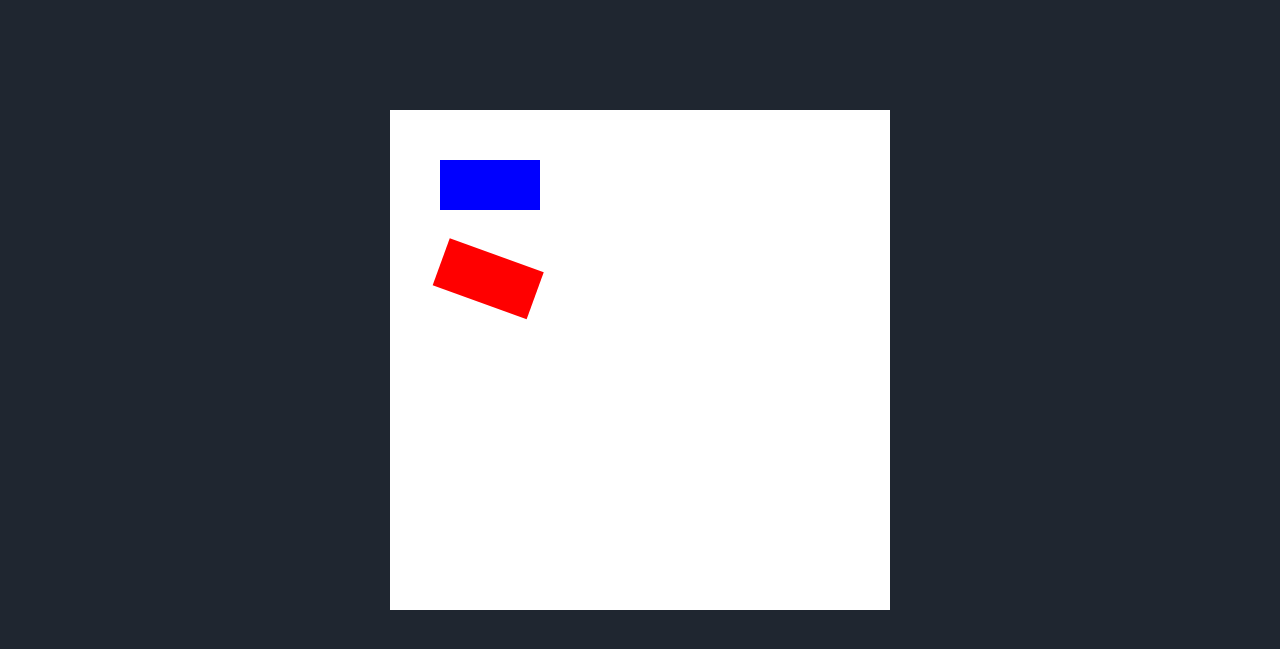
Repository: thecodeholic/cst-javascript-course
Page: /
An editor plug-in stored every save of this project. The page is shown before and after the next save, followed by the edit.
The browser window is 1280 px wide. The pictures show the whole page.
The project was rebuilt for these pictures with package versions that can differ from the ones it lists, and the page was loaded fresh each time.

Above is the page before, as saved 2020-11-25 10:37:53.

### index.html
<!doctype html>
<html lang="en">
  <head>
    <!-- Required meta tags -->
    <meta charset="utf-8">
    <meta name="viewport" content="width=device-width, initial-scale=1, shrink-to-fit=no">

    <!-- Bootstrap CSS -->
    <link rel="stylesheet" href="https://stackpath.bootstrapcdn.com/bootstrap/4.5.2/css/bootstrap.min.css" integrity="sha384-JcKb8q3iqJ61gNV9KGb8thSsNjpSL0n8PARn9HuZOnIxN0hoP+VmmDGMN5t9UJ0Z" crossorigin="anonymous">

    <title>Javascript Course</title>

    <link rel="stylesheet" href="app.css">
  </head>
  <body>
    <canvas id="myCanvas" width="500" height="500">Your browser does not support canvas</canvas>
    <script src="app.js"></script>
    <!-- <script src="homework.js"></script> -->
  </body>
</html>

### app.css
* {
    box-sizing: border-box;
}
html {
    height: 100%;
}

body {
    background-color: rgb(31, 38, 48);
    display: flex;
    align-items: center;
    justify-content: center;
    height: 100%;;
}

canvas {
    background-color: #FFF;

}

### app.js
// What is canvas?
// https://developer.mozilla.org/en-US/docs/Web/API/Canvas_API/Tutorial
// https://www.w3schools.com/html/html5_canvas.asp
// https://www.w3schools.com/graphics/canvas_intro.asp
// https://www.w3schools.com/graphics/canvas_reference.asp
// https://developer.mozilla.org/en-US/docs/Web/API/Canvas_API

// How to create it and use it
const canvas = document.getElementById('myCanvas');
const ctx = canvas.getContext('2d');

// Draw rectangles
// =================
// fillRect
ctx.fillStyle = 'blue';
ctx.fillRect(50, 50, 100, 50);

// ctx.translate(100, 100)
ctx.rotate(degToRad(20))
ctx.translate(100, 100);
ctx.fillStyle = 'red';
ctx.fillRect(0, 0, 100, 50);

function degToRad(deg) {
    return (Math.PI/180) * deg;
}

// // strokeRect
// ctx.strokeStyle = 'green';
// ctx.lineWidth = 4;
// ctx.strokeRect(200, 50, 100, 50);

// // clearRect
// ctx.clearRect(55, 55, 90, 40);

// // fillText
// ctx.font = '36px Arial';
// ctx.fillStyle = 'purple';
// ctx.fillText("Hello World", 200, 200)

// // strokeText
// ctx.lineWidth = 1;
// ctx.strokeText("Hello World", 200, 250);

// // Paths   beginPath, moveTo, lineTo, closePath, stroke, fill
// // ==============
// ctx.beginPath();
// ctx.moveTo(200, 300);
// ctx.lineTo(300, 300);
// ctx.lineTo(300, 400);
// ctx.closePath();
// ctx.stroke();

// // Arcs
// // ====================
// ctx.beginPath();
// ctx.lineWidth = 4;
// ctx.arc(100, 300, 50, 0, 2 * Math.PI);
// ctx.stroke();

// ctx.beginPath();
// ctx.moveTo(75, 25);
// ctx.quadraticCurveTo(25, 25, 25, 62.5);
// ctx.quadraticCurveTo(25, 100, 50, 100);
// ctx.quadraticCurveTo(50, 120, 30, 125);
// ctx.quadraticCurveTo(60, 120, 65, 100);
// ctx.quadraticCurveTo(125, 100, 125, 62.5);
// ctx.quadraticCurveTo(125, 25, 75, 25);
// ctx.stroke();

// Draw image
// ====================
// const image = new Image();
// image.src = 'char.png';
// image.onload = function() {
//     canvas.width = 100;
//     canvas.height = 100;
//     ctx.drawImage(image, 0, 0);
//     const data = ctx.getImageData(130, 130, 30, 30);
//     console.log(data);
//     ctx.putImageData(data, 200, 200);
// }

// Write text
// ====================

// Ball animation
// const ball = {
//     x: 100,
//     y: 100,
//     r: 20,
//     dx: 0,
//     dy: 0
// };


// function clear(){
//     ctx.clearRect(0, 0, canvas.width, canvas.height)
// }

// function drawBall() {
//     clear();
//     ctx.beginPath();

//     if (ball.x + ball.r >= canvas.width || ball.x - ball.r <= 0) {
//         ball.dx *= -1;
//     }
//     if (ball.y + ball.r >= canvas.height || ball.y - ball.r <= 0) {
//         ball.dy *= -1;
//     }

//     ctx.arc(ball.x, ball.y, ball.r, 0, 2 * Math.PI);
//     ctx.fillStyle = 'green'
//     ctx.fill();

//     ball.x += ball.dx;
//     ball.y += ball.dy;
// }

// function update() {
//     drawBall();

//     requestAnimationFrame(update);
// }

// document.addEventListener('keydown', function(ev) {
//     console.log(ev);
//     if (ev.key === 'ArrowRight') {
//         ball.dx = 3;
//     } else if (ev.key === 'ArrowLeft') {
//         ball.dx = -3;
//     } else if (ev.key === 'ArrowUp') {
//         ball.dy = -3;
//     } else if (ev.key === 'ArrowDown') {
//         ball.dy = 3;
//     }

// });

// document.addEventListener('keyup', function() {
//     ball.dx = 0;
//     ball.dy = 0;
// })

// update();

Loaded but not shown: src/index.js (no copy from this time; the picture is the same without it)

After the next save:
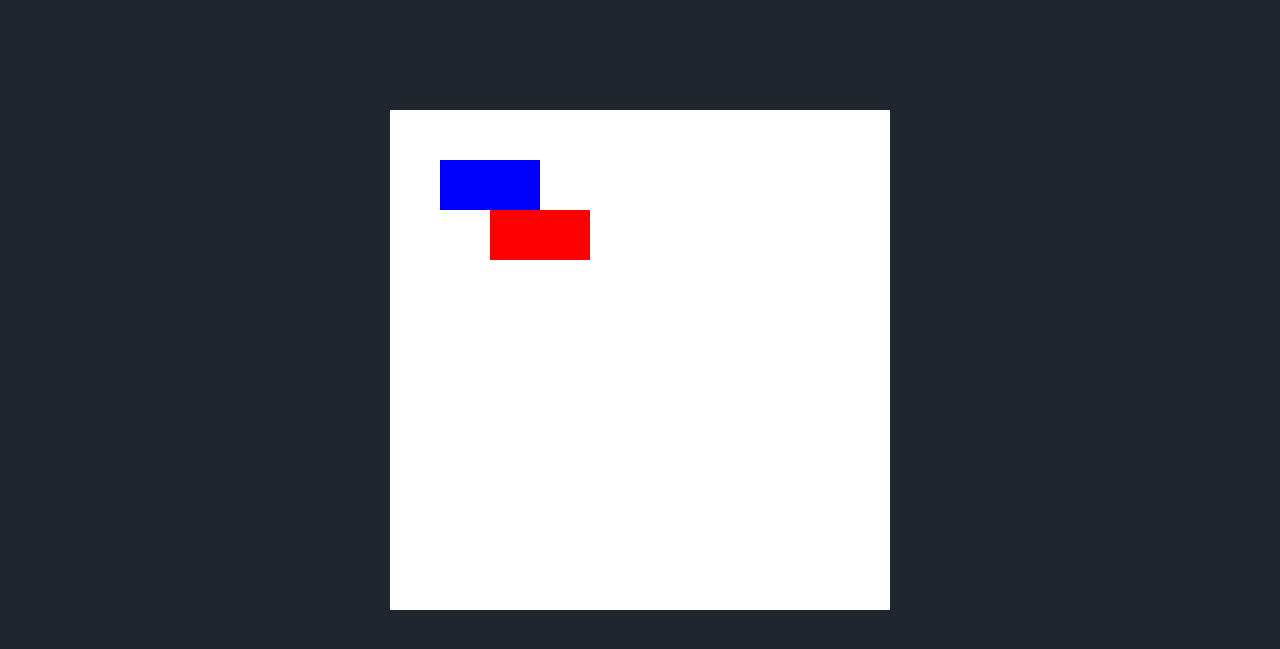
Saved 16 s later.
--- a/app.js
+++ b/app.js
@@ -16,7 +16,7 @@ ctx.fillStyle = 'blue';
 ctx.fillRect(50, 50, 100, 50);
 
 // ctx.translate(100, 100)
-ctx.rotate(degToRad(20))
+// ctx.rotate(degToRad(20))
 ctx.translate(100, 100);
 ctx.fillStyle = 'red';
 ctx.fillRect(0, 0, 100, 50);
